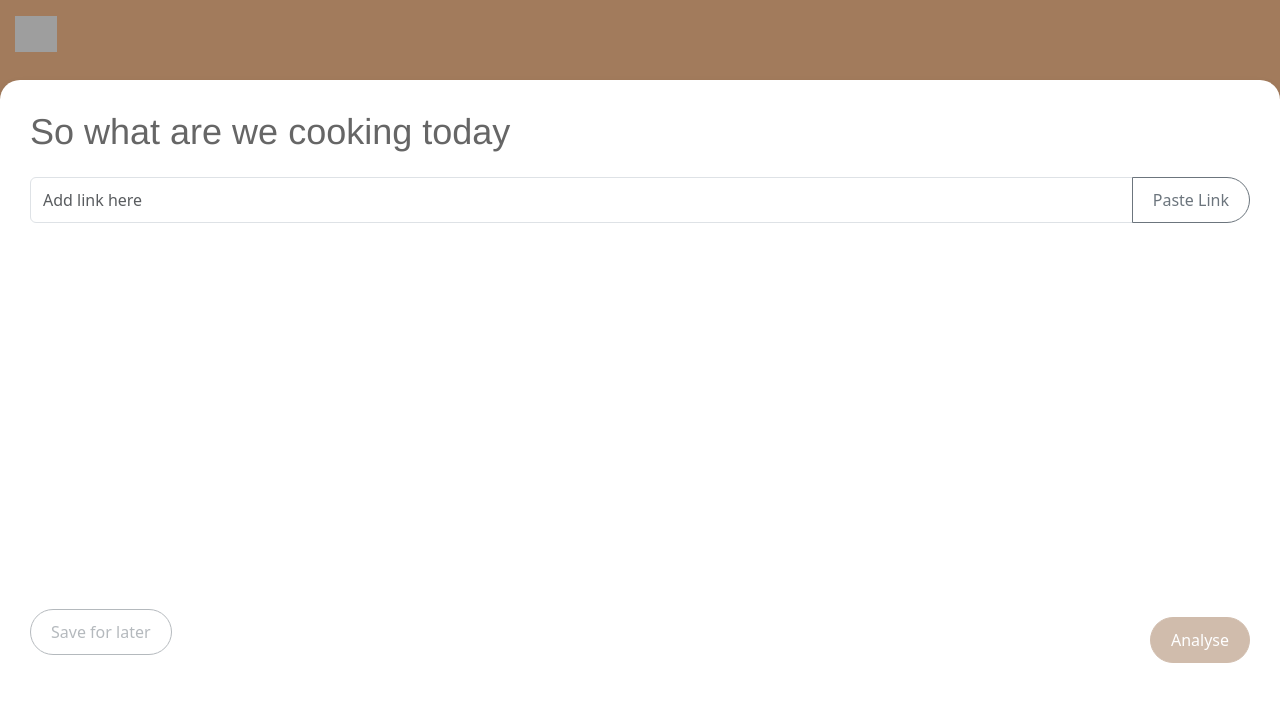
Repository: devashrisamani/SMC
Page: url.html
The author's editor kept a copy of each file at every save. The page is drawn from the files as they stood at one save, then again after the next save.
The browser window is 1280 px wide. The pictures show the whole page.
Pictures or frames that could not be fetched are drawn as grey boxes.

Above is the page before, as saved 2024-10-09 18:33:20.

### url.html
<!DOCTYPE html>
<html lang="en">
  <head>
    <meta charset="UTF-8" />
    <meta name="viewport" content="width=device-width, initial-scale=1.0" />
    <link
      href="https://cdn.jsdelivr.net/npm/bootstrap@5.3.0-alpha1/dist/css/bootstrap.min.css"
      rel="stylesheet"
    />
    <link
      href="https://cdnjs.cloudflare.com/ajax/libs/font-awesome/5.15.4/css/all.min.css"
      rel="stylesheet"
    />
    <link rel="stylesheet" href="styles.css" />
    <title>What Are We Cooking Today</title>
    <style>
      /* Inline style for the header background color */
      header {
        background-color: #a27b5c; /* New header color */
        height: 100px; /* Adjust the height as needed */
      }

      /* Custom rounded container styling */
      .rounded-container {
        background-color: #fff;
        border-radius: 20px 20px 0 0; /* Rounded corners at the top */
        box-shadow: 0px 4px 8px rgba(0, 0, 0, 0.1); /* Add a shadow effect */
        padding: 30px;
        margin-top: -20px; /* Slight overlap with the header */
        min-height: calc(
          100vh - 100px
        ); /* Make container take full height of viewport */
        display: flex;
        flex-direction: column; /* Enable column-based layout */
        justify-content: space-between; /* Push content to the top and bottom */
      }

      /* Remove flex behavior to stack elements */
      .top-content {
        display: block;
        width: 100%;
      }

      .input-group {
        width: 100%; /* Ensure input takes full width */
        margin-top: 20px; /* Add space between the title and input */
      }

      .btn {
        font-size: 16px;
        padding: 10px 20px;
        border-radius: 50px;
      }

      .btn-paste-clicked {
        background-color: #a27b5c !important; /* Brown color */
        color: #fff; /* Ensure text color is white */
        border-color: #a27b5c; /* Match the border color */
      }

      .btn-primary {
        background-color: #a27b5c;
        border-color: #a27b5c;
      }

      .btn-primary:hover {
        background-color: #8c6649;
        border-color: #8c6649;
      }

      .btn-primary.disabled,
      .btn-primary:disabled {
        background-color: #a27b5c; /* Brown color for disabled */
        border-color: #a27b5c;
        color: #fff; /* Keep text white */
        opacity: 0.5; /* Visual indicator of disabled */
        pointer-events: none;
      }

      .btn-outline-secondary.disabled,
      .btn-outline-secondary:disabled {
        opacity: 0.5;
        pointer-events: none;
      }

      /* Position buttons at the bottom */
      .bottom-buttons {
        display: flex;
        justify-content: space-between;
        align-items: center;
      }

      /* Styles for the "Link Saved" message */
      .link-saved-container {
        display: flex;
        align-items: center;
        font-family: "DM Sans", sans-serif;
        color: #6ca85c; /* Green text color */
      }

      .link-saved-container i {
        font-size: 2rem;
        margin-right: 10px;
        color: #6ca85c; /* Green checkmark color */
      }

      .delete-icon {
        font-size: 1.5rem;
        color: #e74c3c; /* Red color for delete icon */
        margin-left: 20px;
        cursor: pointer;
      }

      .hidden {
        display: none;
      }
    </style>
  </head>
  <body>
    <!-- Header -->
    <header class="container-fluid border-bottom py-3">
      <div class="d-flex justify-content-between align-items-center">
        <!-- Logo -->
        <div>
          <img src="img/logomark.svg" alt="Logo" class="logo" />
        </div>

        <!-- Help Icon -->
        <div>
          <i class="bi bi-question-circle-fill fs-4 text-muted"></i>
        </div>
      </div>
    </header>

    <!-- Main Content with rounded top edges -->
    <section class="container-fluid rounded-container">
      <!-- URL Input Section aligned from left to right at the top -->
      <div class="top-content">
        <h2 class="header-title mb-4 text-start">
          So what are we cooking today
        </h2>

        <!-- URL Input below title -->
        <div class="input-group">
          <input
            id="recipeInput"
            type="text"
            class="form-control"
            placeholder="Add link here"
            aria-label="Recipe URL"
          />
          <button id="pasteBtn" class="btn btn-outline-secondary" type="button">
            Paste Link
          </button>
        </div>
      </div>

      <!-- Save and Analyze Buttons positioned at the bottom of the page -->
      <div class="bottom-buttons mt-4">
        <!-- Replaced Save Button with Link Saved Confirmation -->
        <div id="saveBtnContainer" class="d-flex align-items-center">
          <button
            id="saveBtn"
            class="btn btn-outline-secondary disabled"
            disabled
          >
            Save for later
          </button>
        </div>
        <button id="analyseBtn" class="btn btn-primary disabled" disabled>
          Analyse
        </button>
      </div>

      <!-- "Link Saved" confirmation message -->
      <div id="linkSavedMessage" class="link-saved-container hidden">
        <i class="fas fa-check-circle"></i>
        <span>Link Saved</span>
        <i id="deleteIcon" class="fas fa-trash delete-icon"></i>
      </div>
    </section>

    <script src="https://cdn.jsdelivr.net/npm/bootstrap@5.3.0-alpha1/dist/js/bootstrap.bundle.min.js"></script>
    <script src="https://cdnjs.cloudflare.com/ajax/libs/font-awesome/5.15.4/js/all.min.js"></script>

    <script>
      // Select elements
      const pasteBtn = document.getElementById("pasteBtn");
      const recipeInput = document.getElementById("recipeInput");
      const saveBtn = document.getElementById("saveBtn");
      const analyseBtn = document.getElementById("analyseBtn");
      const linkSavedMessage = document.getElementById("linkSavedMessage");
      const saveBtnContainer = document.getElementById("saveBtnContainer");
      const deleteIcon = document.getElementById("deleteIcon");

      // Function to enable buttons when a valid link is in the input
      function enableButtons() {
        const link = recipeInput.value.trim();
        if (link) {
          // Enable buttons
          saveBtn.disabled = false;
          saveBtn.classList.remove("disabled");
          analyseBtn.disabled = false;
          analyseBtn.classList.remove("disabled");
        } else {
          // Keep buttons disabled if the input is empty
          saveBtn.disabled = true;
          saveBtn.classList.add("disabled");
          analyseBtn.disabled = true;
          analyseBtn.classList.add("disabled");
        }
      }

      // JavaScript to paste the link when "Paste Link" is clicked
      pasteBtn.addEventListener("click", function () {
        // Paste the link into the input field
        recipeInput.value =
          "https://www.bbcgoodfood.com/user/820725/recipe/cheese-toast";

        // Change button color
        this.classList.add("btn-paste-clicked");

        // Enable the buttons now that the link is pasted
        enableButtons();
      });

      // Show "Link Saved" message and hide "Save for later" button when clicked
      saveBtn.addEventListener("click", function () {
        if (!saveBtn.disabled) {
          saveBtnContainer.classList.add("hidden"); // Hide "Save for later" button
          linkSavedMessage.classList.remove("hidden"); // Show "Link Saved" message
        }
      });

      // Delete the saved link and show "Save for later" button again
      deleteIcon.addEventListener("click", function () {
        linkSavedMessage.classList.add("hidden"); // Hide "Link Saved" message
        saveBtnContainer.classList.remove("hidden"); // Show "Save for later" button
        recipeInput.value = ""; // Clear the input field
        enableButtons(); // Disable the buttons again
      });

      // Also enable/disable buttons if the input field changes manually
      recipeInput.addEventListener("input", enableButtons);
    </script>
  </body>
</html>

### styles.css
/* Custom styles for the header */
html,
body {
  margin: 0;
  padding: 0;
  overflow-x: hidden; /* Hide horizontal scrolling */
}

.logo {
  width: 42px;
  height: 36px;
}

.bi-question-circle-fill {
  color: #a27b5c;
}

.border-bottom {
  border-color: #eee;
}

/* Title Section */
.header-title {
  font-family: "Calistoga-Regular", Helvetica, sans-serif;
  color: #666666;
  font-size: 36px;
  margin: 0;
}

.retry-btn {
  border-color: #a27b5c;
  color: #a27b5c;
  border-radius: 20px;
}

.retry-btn:hover {
  background-color: #a27b5c;
  color: #fff;
}

.container-fluid {
  max-width: 100vw; /* Ensure it does not exceed the viewport width */
  padding-right: 15px;
  padding-left: 15px;
  box-sizing: border-box;
}

.row {
  margin-right: 0;
  margin-left: 0;
}
/* Styling for the three rectangles */

.rectangle {
  background-color: #f7f3ef;
  padding: 20px;
  /* height: 100%; */
  min-height: 70vh;
}

.items-needed {
  background-color: #f9f4ef;
}

.cooking {
  background-color: #f2eee9;
  text-align: center;
}

.serving {
  background-color: #eae2db;
  text-align: center;
}

/* Title and Text Styles */
.items-title {
  font-family: "Calistoga-Regular", Helvetica, sans-serif;
  color: #a27b5c;
  font-size: 18px;
  margin-bottom: 15px;
}

.ingredients-list .list-group-item {
  border: none;
  border-radius: 10px;
  background-color: #fff;
  margin-bottom: 10px;
  font-family: "DM Sans", sans-serif;
}

.ingredients-list .list-group-item strong {
  font-size: 18px;
  color: #666666;
}

.ingredients-list .list-group-item p {
  font-size: 14px;
  color: #999999;
}

/* Add Ingredient Button */
.add-ingredient {
  color: #a27b5c;
  font-weight: bold;
  text-decoration: none;
}

.cooking h5,
.serving h5 {
  font-family: "Calistoga-Regular", Helvetica, sans-serif;
  font-size: 18px;
  color: #a27b5c;
}

.cooking p,
.serving p {
  font-family: "DM Sans", sans-serif;
  font-size: 14px;
  color: #999999;
}

/* Flexbox for the title and button alignment */
.d-flex {
  display: flex;
  justify-content: space-between;
  align-items: center;
  margin-bottom: 15px;
}

.proceed-btn-wrapper {
  position: absolute;
  bottom: 30px;
  left: 50%;
  transform: translateX(20%);
  width: 100%; /* Ensure it's 100% of its parent, not wider */
  max-width: 300px; /* Prevent it from getting too large */
  overflow: hidden;
}

.proceed-btn {
  width: 100%;
  max-width: 300px;
  background-color: #a27b5c;
  color: #fff;
  border-radius: 50px;
  font-size: 16px;
  padding: 10px 40px;
  border: none;
}

.proceed-btn:hover {
  background-color: #8c6649;
  color: #fff;
}

After the next save:
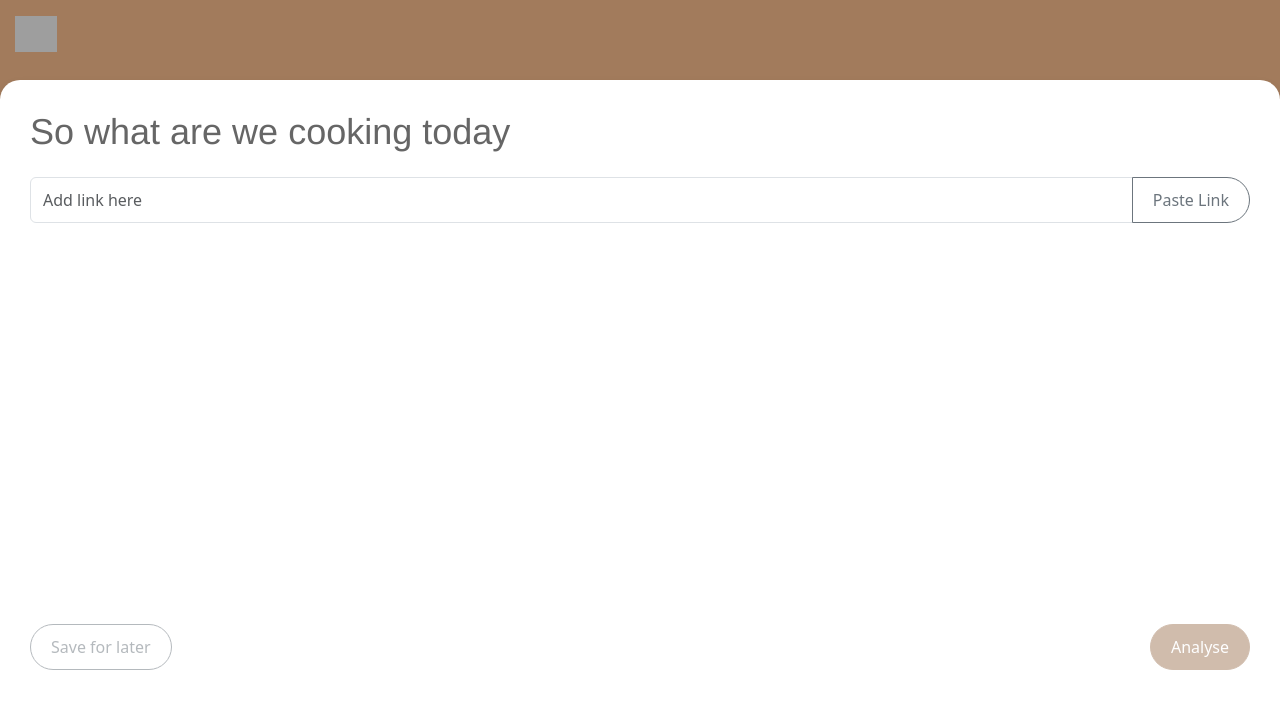
Saved 4 h 14 min later.
--- a/url.html
+++ b/url.html
@@ -158,7 +158,7 @@
       <!-- Save and Analyze Buttons positioned at the bottom of the page -->
       <div class="bottom-buttons mt-4">
         <!-- Replaced Save Button with Link Saved Confirmation -->
-        <div id="saveBtnContainer" class="d-flex align-items-center">
+        <div id="saveBtnContainer">
           <button
             id="saveBtn"
             class="btn btn-outline-secondary disabled"
@@ -227,7 +227,7 @@
       // Show "Link Saved" message and hide "Save for later" button when clicked
       saveBtn.addEventListener("click", function () {
         if (!saveBtn.disabled) {
-          saveBtnContainer.classList.add("hidden"); // Hide "Save for later" button
+          saveBtn.classList.add("hidden"); // Hide "Save for later" button
           linkSavedMessage.classList.remove("hidden"); // Show "Link Saved" message
         }
       });
@@ -235,7 +235,7 @@
       // Delete the saved link and show "Save for later" button again
       deleteIcon.addEventListener("click", function () {
         linkSavedMessage.classList.add("hidden"); // Hide "Link Saved" message
-        saveBtnContainer.classList.remove("hidden"); // Show "Save for later" button
+        saveBtn.classList.remove("hidden"); // Show "Save for later" button
         recipeInput.value = ""; // Clear the input field
         enableButtons(); // Disable the buttons again
       });
